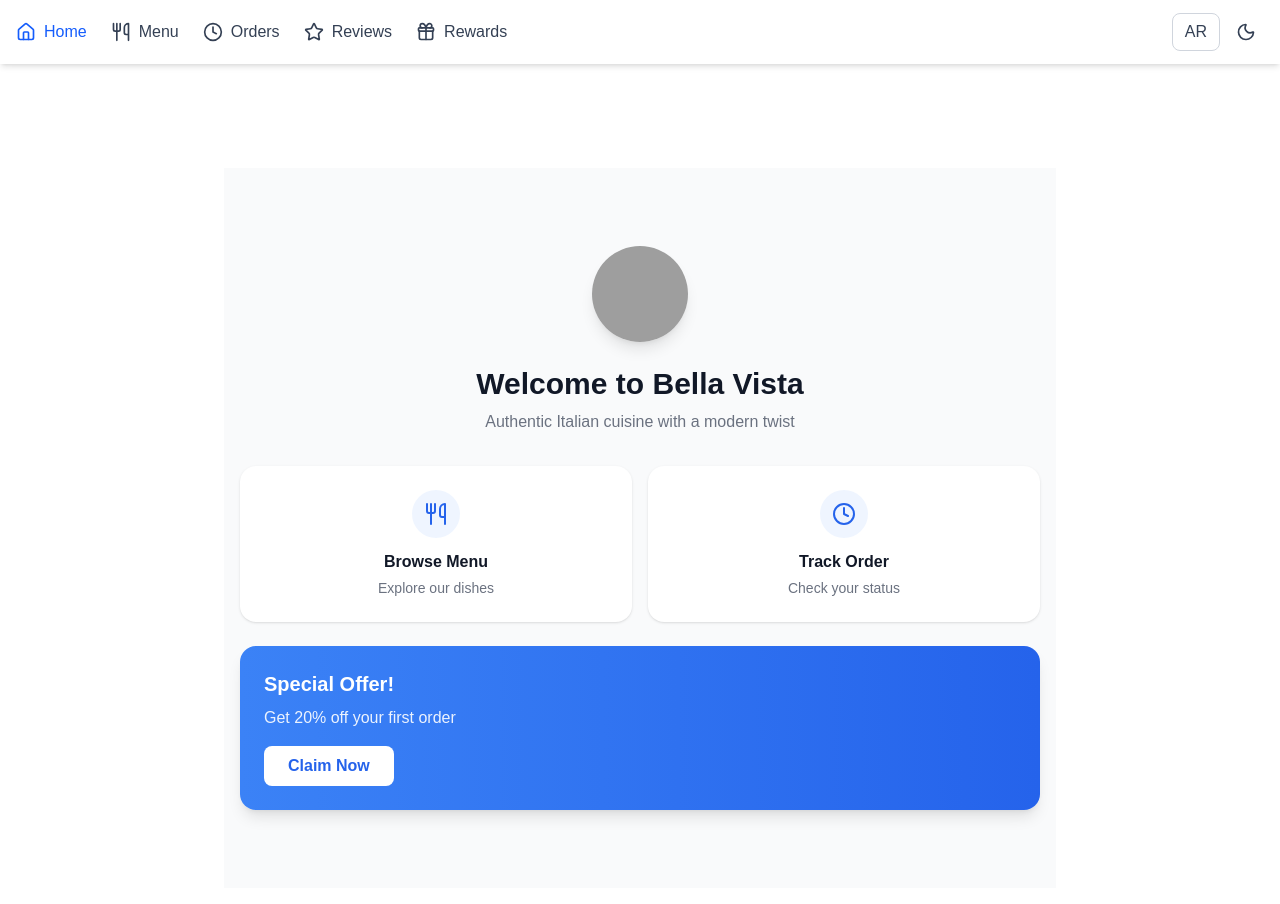
Repository: GraduationMERN/restaurant-system
Page: / (app in client/)
An editor plug-in stored every save of this project. The page is shown before and after a run of saves, followed by the edit.
The browser window is 1280 px wide. The pictures show the whole page.
Pictures or frames that could not be fetched are drawn as grey boxes. The project was rebuilt for these pictures with package versions that can differ from the ones it lists, and the page was loaded fresh each time. Also part of the build but not shown: client/vite.config.js, client/src/pages/ReviewsPage.jsx, client/src/pages/RewardPage.jsx, client/src/components/ui/badge/Badge.jsx, client/src/components/ecommerce/EcommerceMetrics.jsx, client/src/components/ui/dropdown/Dropdown.jsx, client/src/components/ui/dropdown/DropdownItem.jsx, client/src/components/ecommerce/MonthlySalesChart.jsx and 36 more. Imported but missing from the stored project, and not drawn on this page: client/src/components/form/input/InputField, client/src/pages/admin/UserProfiles.

Above is the page before, as saved 2025-11-29 02:14:06.

After the next 2 saves:
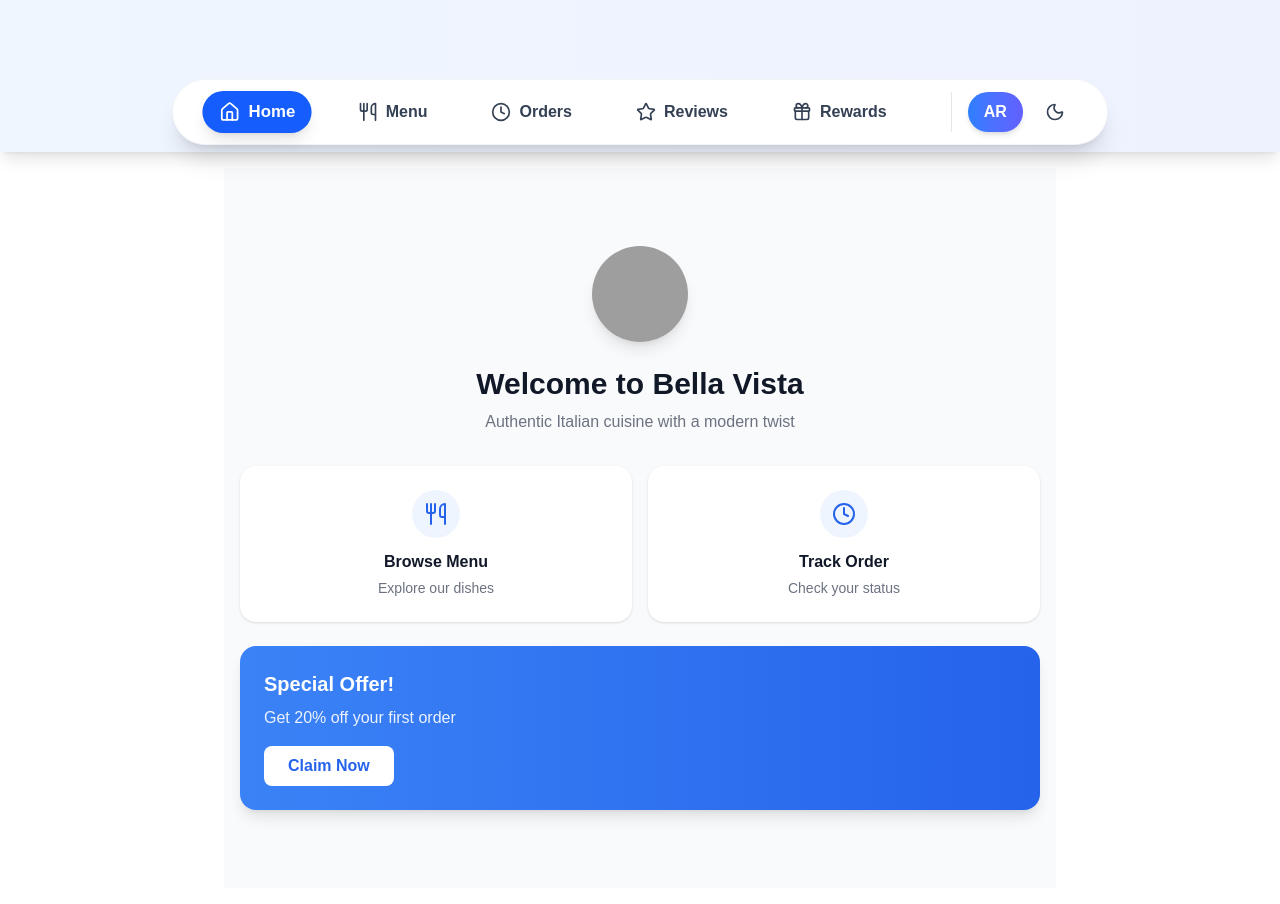
The 2 saves are shown as one change because 1 did not build or start.
The last was saved 93 s later.
--- a/client/src/components/DesktopNav.jsx
+++ b/client/src/components/DesktopNav.jsx
@@ -10,45 +10,45 @@ export default function DesktopNav() {
   const isActive = (path) => location.pathname === path;
 
   return (
-    <div className="hidden md:block fixed top-0 left-0 right-0 bg-white shadow-md z-50">
-      <div className="max-w-7xl mx-auto px-4 h-16 flex justify-between items-center">
-        <div className="flex gap-6">
-          <Link to="/" className={`flex items-center gap-2 font-medium hover:text-blue-600 transition-colors ${isActive('/') ? 'text-blue-600' : 'text-gray-700'}`}>
+    <div className="hidden md:block fixed top-0 left-0 right-0 bg-gradient-to-r from-blue-50 to-indigo-50 shadow-lg z-50 pt-[10vh]">
+      <div className="max-w-7xl mx-auto px-8 h-20 flex justify-center items-center">
+        <div className="flex gap-8 items-center bg-white px-8 py-3 rounded-full shadow-xl border border-gray-100">
+          <Link to="/" className={`flex items-center gap-2 px-4 py-2 rounded-full font-semibold transition-all duration-300 ${isActive('/') ? 'bg-blue-600 text-white shadow-lg scale-105' : 'text-gray-700 hover:bg-blue-50 hover:text-blue-600'}`}>
             <Home size={20} />
             {t("home")}
           </Link>
-          <Link to="/menu" className={`flex items-center gap-2 font-medium hover:text-blue-600 transition-colors ${isActive('/menu') ? 'text-blue-600' : 'text-gray-700'}`}>
+          <Link to="/menu" className={`flex items-center gap-2 px-4 py-2 rounded-full font-semibold transition-all duration-300 ${isActive('/menu') ? 'bg-blue-600 text-white shadow-lg scale-105' : 'text-gray-700 hover:bg-blue-50 hover:text-blue-600'}`}>
             <Utensils size={20} />
             {t("menu")}
           </Link>
-          <Link to="/orders" className={`flex items-center gap-2 font-medium hover:text-blue-600 transition-colors ${isActive('/orders') ? 'text-blue-600' : 'text-gray-700'}`}>
+          <Link to="/orders" className={`flex items-center gap-2 px-4 py-2 rounded-full font-semibold transition-all duration-300 ${isActive('/orders') ? 'bg-blue-600 text-white shadow-lg scale-105' : 'text-gray-700 hover:bg-blue-50 hover:text-blue-600'}`}>
             <Clock4 size={20} />
             {t("orders")}
           </Link>
-          <Link to="/reviews" className={`flex items-center gap-2 font-medium hover:text-blue-600 transition-colors ${isActive('/reviews') ? 'text-blue-600' : 'text-gray-700'}`}>
+          <Link to="/reviews" className={`flex items-center gap-2 px-4 py-2 rounded-full font-semibold transition-all duration-300 ${isActive('/reviews') ? 'bg-blue-600 text-white shadow-lg scale-105' : 'text-gray-700 hover:bg-blue-50 hover:text-blue-600'}`}>
             <Star size={20} />
             {t("reviews")}
           </Link>
-          <Link to="/rewards" className={`flex items-center gap-2 font-medium hover:text-blue-600 transition-colors ${isActive('/rewards') ? 'text-blue-600' : 'text-gray-700'}`}>
+          <Link to="/rewards" className={`flex items-center gap-2 px-4 py-2 rounded-full font-semibold transition-all duration-300 ${isActive('/rewards') ? 'bg-blue-600 text-white shadow-lg scale-105' : 'text-gray-700 hover:bg-blue-50 hover:text-blue-600'}`}>
             <Gift size={20} />
             {t("rewards")}
           </Link>
-        </div>
 
-        <div className="flex gap-2 items-center">
-          {i18n.language === "en" && (
-            <button onClick={() => i18n.changeLanguage("ar")} className="px-3 py-1.5 border border-gray-300 rounded-lg hover:bg-gray-50 transition-colors text-gray-700 font-medium">
-              AR
+          <div className="flex gap-3 items-center ml-4 pl-4 border-l border-gray-200">
+            {i18n.language === "en" && (
+              <button onClick={() => i18n.changeLanguage("ar")} className="px-4 py-2 bg-gradient-to-r from-blue-500 to-indigo-500 text-white rounded-full hover:from-blue-600 hover:to-indigo-600 transition-all duration-300 font-semibold shadow-md hover:shadow-lg">
+                AR
+              </button>
+            )}
+            {i18n.language === "ar" && (
+              <button onClick={() => i18n.changeLanguage("en")} className="px-4 py-2 bg-gradient-to-r from-blue-500 to-indigo-500 text-white rounded-full hover:from-blue-600 hover:to-indigo-600 transition-all duration-300 font-semibold shadow-md hover:shadow-lg">
+                EN
+              </button>
+            )}
+            <button className="p-2.5 hover:bg-gray-100 rounded-full transition-all duration-300 text-gray-700 hover:text-blue-600 hover:scale-110">
+              <Moon size={20} />
             </button>
-          )}
-          {i18n.language === "ar" && (
-            <button onClick={() => i18n.changeLanguage("en")} className="px-3 py-1.5 border border-gray-300 rounded-lg hover:bg-gray-50 transition-colors text-gray-700 font-medium">
-              EN
-            </button>
-          )}
-          <button className="px-2 py-1.5 hover:bg-gray-100 rounded-lg transition-colors text-gray-700">
-            <Moon size={20} />
-          </button>
+          </div>
         </div>
       </div>
     </div>
